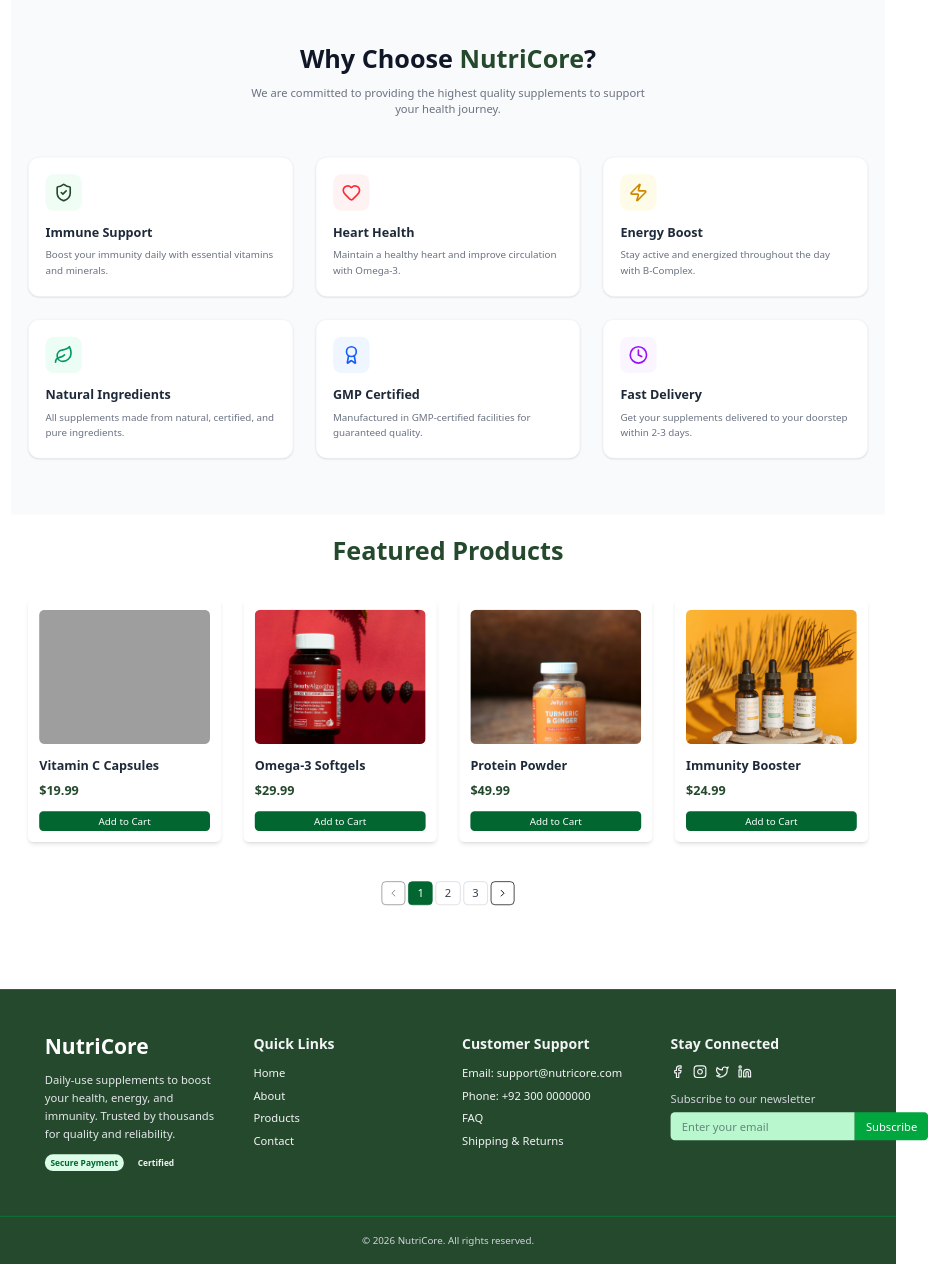
Repository: A-Nawaz512/NutriCore
Page: / (app in frontend/)
The author's editor kept a copy of each file at every save. The page is drawn from the files as they stood at one save, then again after the next save.
The browser window is 1280 px wide. The page is 1326 px wide, so the pictures cover 1326 px, including what lies to the right of the window. The pictures show the part of the page from y = 680 to 2520 px (the page is 2486 px tall before and 2520 px after), at 70% of full size.
Pictures or frames that could not be fetched are drawn as grey boxes. The project was rebuilt for these pictures with package versions that can differ from the ones it lists, and the page was loaded fresh each time. Also part of the build but not shown: frontend/vite.config.ts, frontend/src/features/admin/components/AdminSidebar.tsx, frontend/src/shared/components/layout/AdminLayout.tsx.

Above is the page before, as saved 2026-02-18 21:53:38.

After the next save:
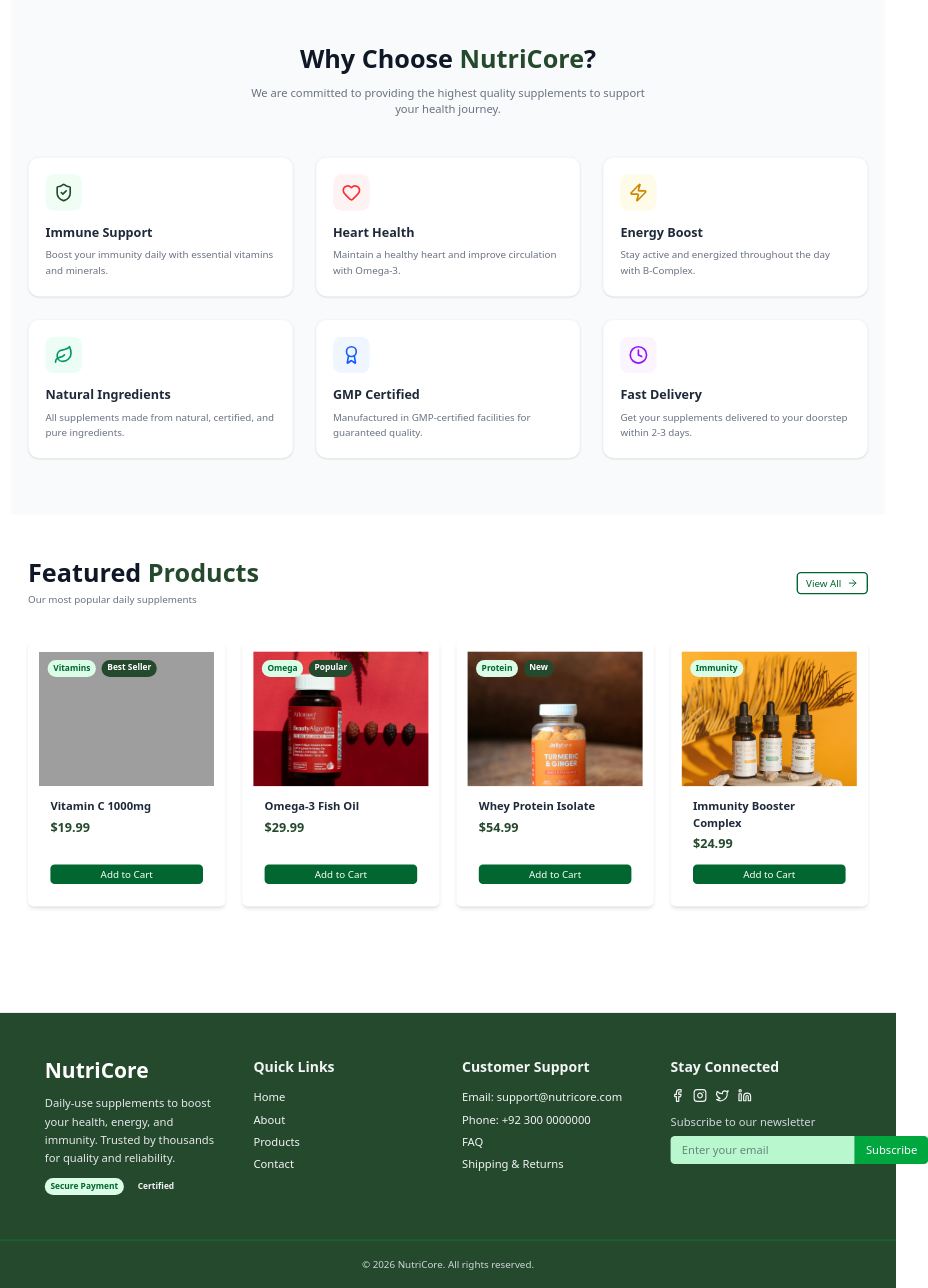
Saved 1 s later.
--- a/frontend/src/features/home/components/FeaturedProducts.tsx
+++ b/frontend/src/features/home/components/FeaturedProducts.tsx
@@ -1,77 +1,100 @@
-import { FC, useState } from "react"
+import type { FC } from "react"
+import { Link } from "react-router-dom"
 import Card from "../../../shared/components/ui/Card"
 import Button from "../../../shared/components/ui/Button"
-import Pagination from "../../../shared/components/ui/Pagination"
+import Badge from "../../../shared/components/ui/Badge"
 import Featured01 from "../../../assets/Home/Featured01.jpg"
 import Featured02 from "../../../assets/Home/Featured02.jpg"
 import Featured03 from "../../../assets/Home/Featured03.jpg"
 import Featured04 from "../../../assets/Home/Featured04.jpg"
+import { ArrowRight } from "lucide-react"
 
 const products = [
   {
-    id: 1,
-    name: "Vitamin C Capsules",
+    id: "prod-1",
+    name: "Vitamin C 1000mg",
     price: 19.99,
     image: Featured01,
+    category: "Vitamins",
+    badge: "Best Seller",
   },
   {
-    id: 2,
-    name: "Omega-3 Softgels",
+    id: "prod-2",
+    name: "Omega-3 Fish Oil",
     price: 29.99,
     image: Featured02,
+    category: "Omega",
+    badge: "Popular",
   },
   {
-    id: 3,
-    name: "Protein Powder",
-    price: 49.99,
+    id: "prod-3",
+    name: "Whey Protein Isolate",
+    price: 54.99,
     image: Featured03,
+    category: "Protein",
+    badge: "New",
   },
   {
-    id: 4,
-    name: "Immunity Booster",
+    id: "prod-4",
+    name: "Immunity Booster Complex",
     price: 24.99,
     image: Featured04,
+    category: "Immunity",
+    badge: null,
   },
 ]
 
 const FeaturedProducts: FC = () => {
-  const [currentPage, setCurrentPage] = useState(1)
-  const totalPages = 3 // mock
+  return (
+    <section className="py-16 container mx-auto px-6">
+      <div className="flex flex-col sm:flex-row items-center justify-between mb-12 gap-4">
+        <div>
+          <h2 className="text-3xl md:text-4xl font-bold text-gray-900">
+            Featured <span className="text-[#25492D]">Products</span>
+          </h2>
+          <p className="text-gray-500 mt-2 text-sm">Our most popular daily supplements</p>
+        </div>
+        <Link to="/products">
+          <Button variant="outline" size="sm" className="flex items-center gap-2">
+            View All <ArrowRight size={16} />
+          </Button>
+        </Link>
+      </div>
 
-  return (
-    <section className="py-8 container mx-auto px-6">
-      <h2 className="text-3xl md:text-4xl font-bold mb-12 text-center text-[#25492D]">
-        Featured Products
-      </h2>
-
-      <div className="grid grid-cols-1 sm:grid-cols-2 md:grid-cols-4 gap-8">
+      <div className="grid grid-cols-1 sm:grid-cols-2 md:grid-cols-4 gap-6">
         {products.map(product => (
           <Card
             key={product.id}
-            className="hover:shadow-xl transition-shadow duration-300 flex flex-col justify-between"
+            className="hover:shadow-xl transition-shadow duration-300 flex flex-col justify-between p-0 overflow-hidden group"
           >
-            <div>
+            <div className="relative">
               <img
                 src={product.image}
                 alt={product.name}
-                className="rounded-lg mb-4 w-full h-48 object-cover"
+                className="w-full h-48 object-cover group-hover:scale-105 transition-transform duration-500"
               />
-              <h3 className="text-lg font-semibold mb-2 text-gray-800">{product.name}</h3>
+              <div className="absolute top-3 left-3 flex gap-2">
+                <Badge color="green" className="text-xs">{product.category}</Badge>
+                {product.badge && (
+                  <span className="bg-[#25492D] text-white text-xs px-2 py-0.5 rounded-full font-semibold">
+                    {product.badge}
+                  </span>
+                )}
+              </div>
+            </div>
+            <div className="p-4 flex flex-col flex-1">
+              <h3 className="text-base font-semibold mb-1 text-gray-800 group-hover:text-[#25492D] transition-colors">
+                {product.name}
+              </h3>
               <p className="text-[#25492D] font-bold text-lg mb-4">${product.price.toFixed(2)}</p>
+              <Link to={`/products/${product.id}`} className="mt-auto">
+                <Button variant="primary" size="sm" className="w-full">
+                  Add to Cart
+                </Button>
+              </Link>
             </div>
-            <Button variant="primary" size="sm" className="w-full mt-auto">
-              Add to Cart
-            </Button>
           </Card>
         ))}
-      </div>
-
-      <div className="mt-10 flex justify-center">
-        <Pagination
-          currentPage={currentPage}
-          totalPages={totalPages}
-          onPageChange={setCurrentPage}
-        />
       </div>
     </section>
   )
